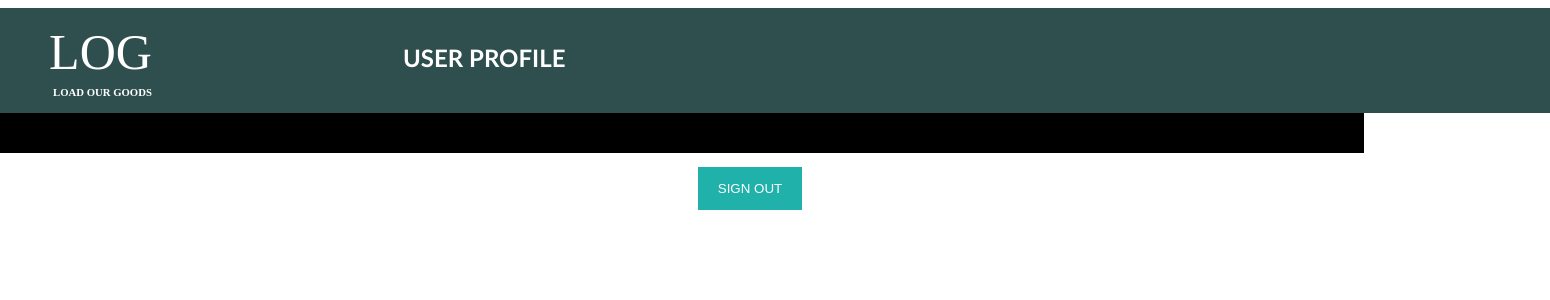
Repository: NAYAN9534/vehicle-booking-system
Page: http://localhost/minor/profile.jsp
These files come from the project's save history. The page is drawn as it stood at one moment and after the next save; the edit follows.
The browser window is 1280 px wide. The page is 1550 px wide, so the pictures cover 1550 px, including what lies to the right of the window. The pictures show the whole page.
The page is served by Tomcat 9.

Above is the page before, as saved 2017-05-27 09:31:24.

After the next save:
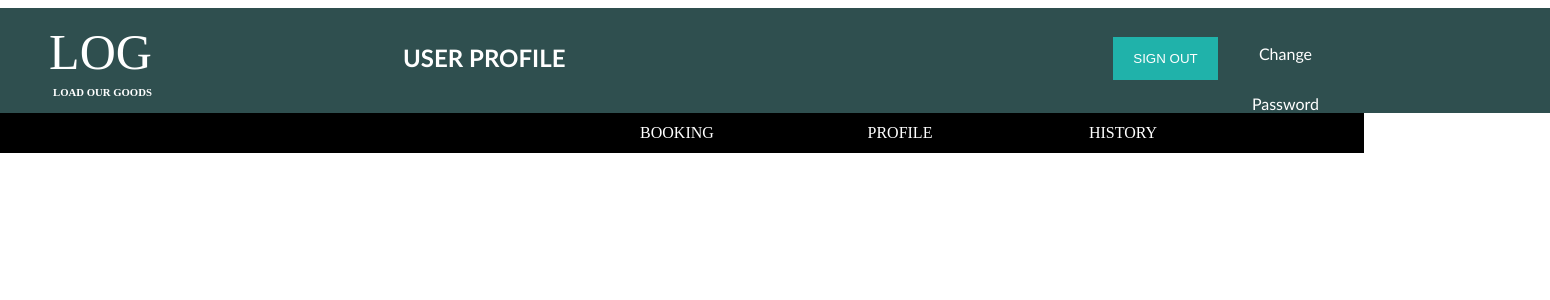
Saved 56 s later.
--- a/minor/WebContent/profile.jsp
+++ b/minor/WebContent/profile.jsp
@@ -79,7 +79,6 @@
      float:left;
      font-size:16px;
      width:120px;
-     margin-left:150px;
      text-align:center;
      height:40px;
      line-height:50px;
@@ -196,7 +195,7 @@ width: 1366px;
  <div id="right_header">
       <ul>
       <li><a href="signout.jsp"><button style="width:auto;">SIGN OUT</button></a></li>
-      <li><a href="change_pass.jsp">Change<br> Password</a></li> </div>
+      <li><a href="change_pass.jsp">Change<br>Password</a></li> </div>
       </ul>
 </div>
 
